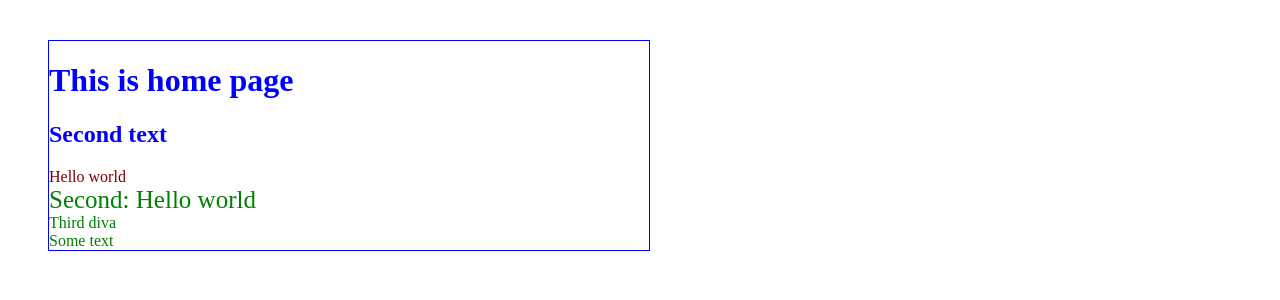
Repository: Vincerenko/Web-site
Page: http://localhost/index
An editor plug-in stored every save of this project. The page is shown before and after the next save, followed by the edit.
The browser window is 1280 px wide. The pictures show the whole page.
The page is this project's Thymeleaf template; nobody is signed in. The template is opened directly, without the code that normally fills it, so the values that code supplies are empty.

Above is the page before, as saved 2021-03-12 18:47:24.

After the next save:
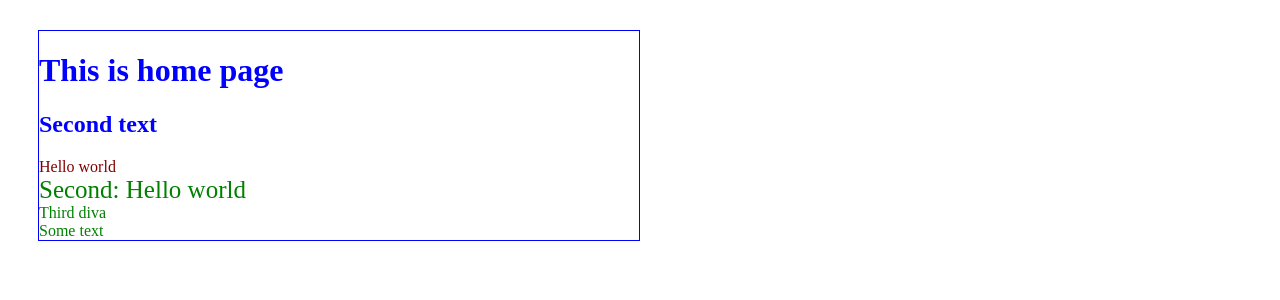
Saved 7 s later.
--- a/ckj_13_mvc/src/main/resources/static/style/demo.css
+++ b/ckj_13_mvc/src/main/resources/static/style/demo.css
@@ -16,5 +16,5 @@ font-size: 25px;
 .container{
 	border: 1px double blue;
 	width: 600px;
-	margin: 40px
+	margin: 30px
 }
